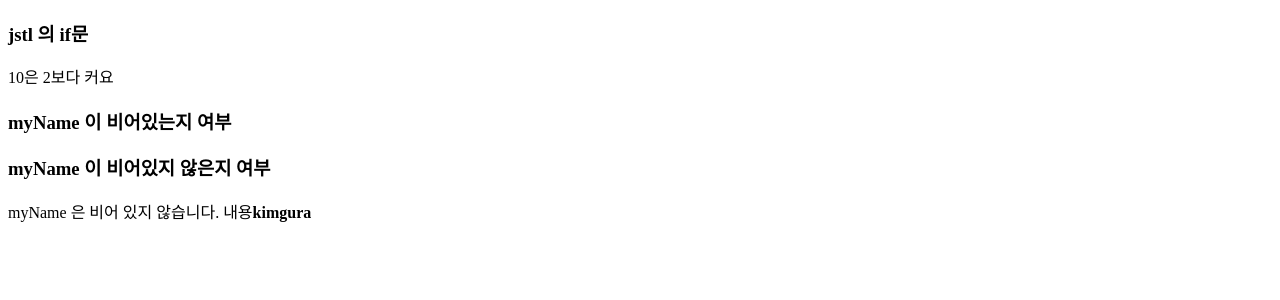
Repository: hyunhee7/web_work
Page: http://localhost/Step17_JSTL/jstl/test02.jsp
These files come from the project's save history. The page is drawn as it stood at one moment and after the next save; the edit follows.
The browser window is 1280 px wide. The pictures show the whole page.
The page is served by Tomcat 9.

Above is the page before, as saved 2017-07-12 06:40:45.

After the next save:
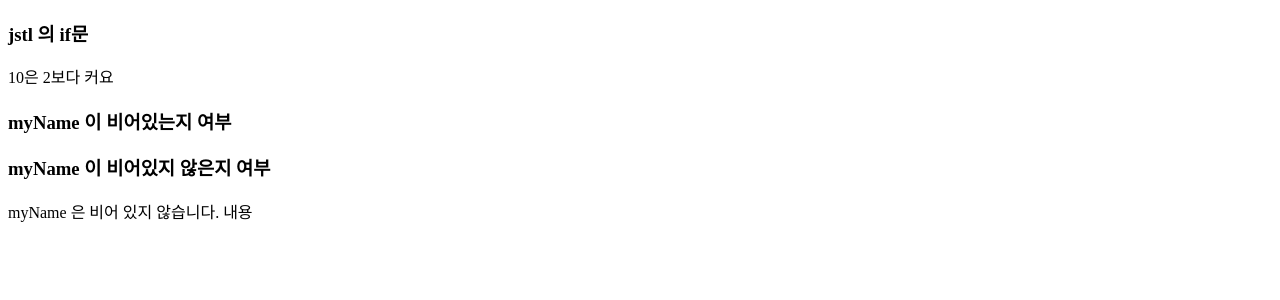
Saved 93 s later.
--- a/Step17_JSTL/WebContent/jstl/test02.jsp
+++ b/Step17_JSTL/WebContent/jstl/test02.jsp
@@ -15,7 +15,7 @@
 <c:if test="${10 lt 2 }">
 	<p>10은 2보다 작아요</p>
 </c:if>
-<% request.setAttribute("myName", "kimgura"); %>
+<% request.setAttribute("myName", " "); %>
 <h3>myName 이 비어있는지 여부</h3>
 <c:if test="${empty myName }">
 	<p>myName 을 찾을 수가 없습니다. (비어있음)</p>
